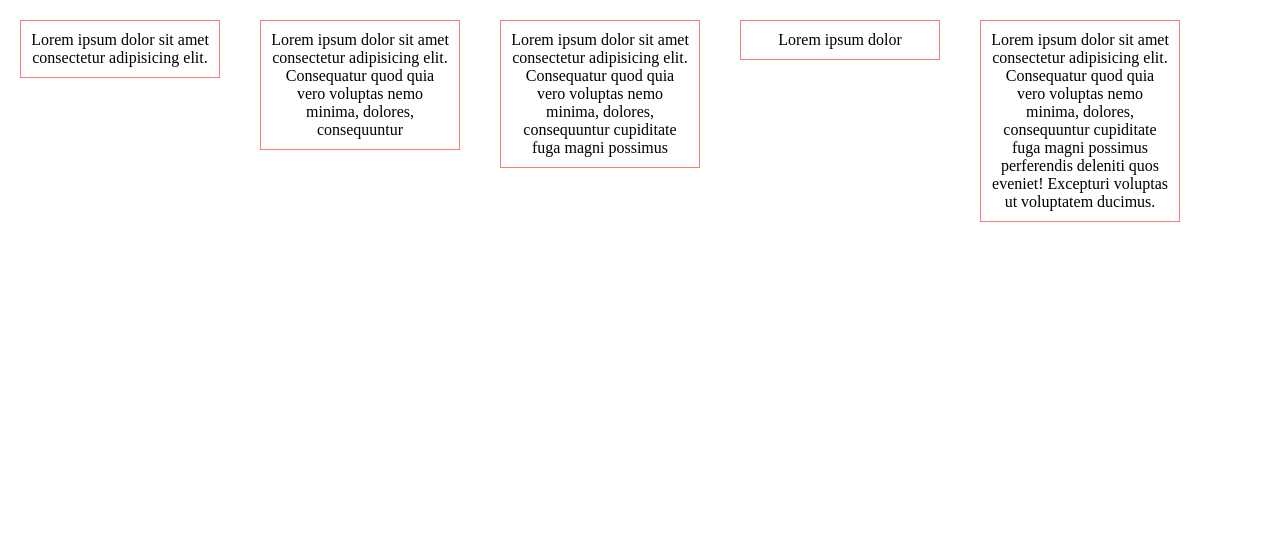
Repository: dinhconglam2306/frontend_tu_xa
Page: B07/Exercise-box-height/01-me/index.html
These files come from the project's save history. The page is drawn as it stood at one moment and after the next save; the edit follows.
The browser window is 1280 px wide. The pictures show the whole page.

Above is the page before, as saved 2021-04-14 21:31:19.

After the next save:
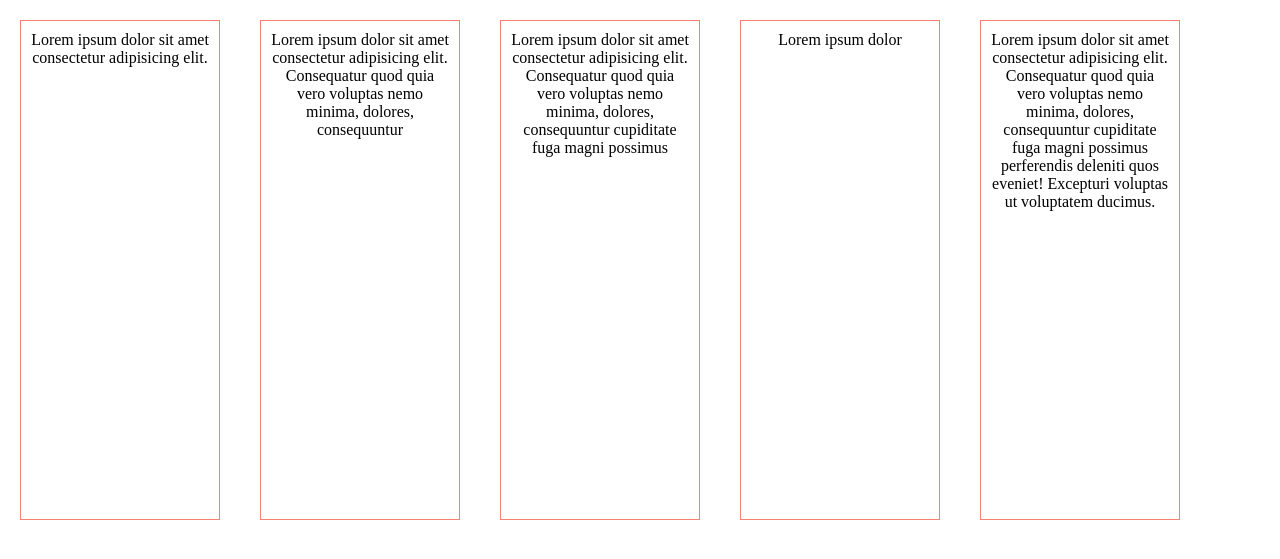
Saved 40 s later.
--- a/B07/Exercise-box-height/01-me/js/main.js
+++ b/B07/Exercise-box-height/01-me/js/main.js
@@ -7,4 +7,5 @@
   } else {
     maxBoxHeight = box.item(i).offsetHeight;
   }
+  box.item(i).style.height = "500px";
 }

After the save that followed:
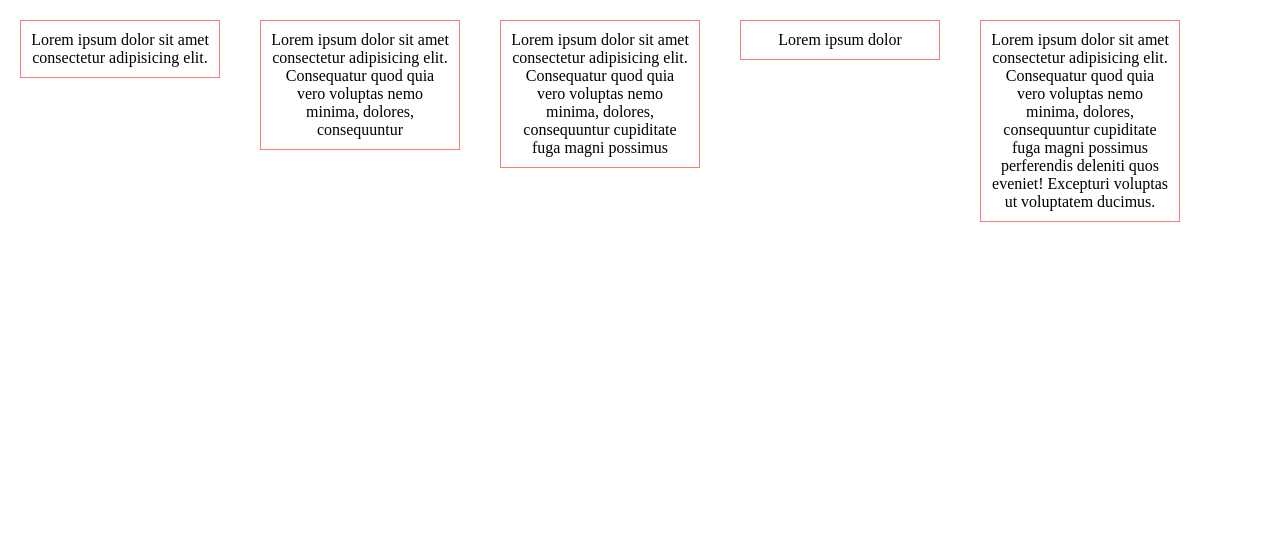
Saved 68 s later.
--- a/B07/Exercise-box-height/01-me/js/main.js
+++ b/B07/Exercise-box-height/01-me/js/main.js
@@ -7,5 +7,5 @@
   } else {
     maxBoxHeight = box.item(i).offsetHeight;
   }
-  box.item(i).style.height = "500px";
+  box.item(i).style.height = maxBoxHeight + "px";
 }
